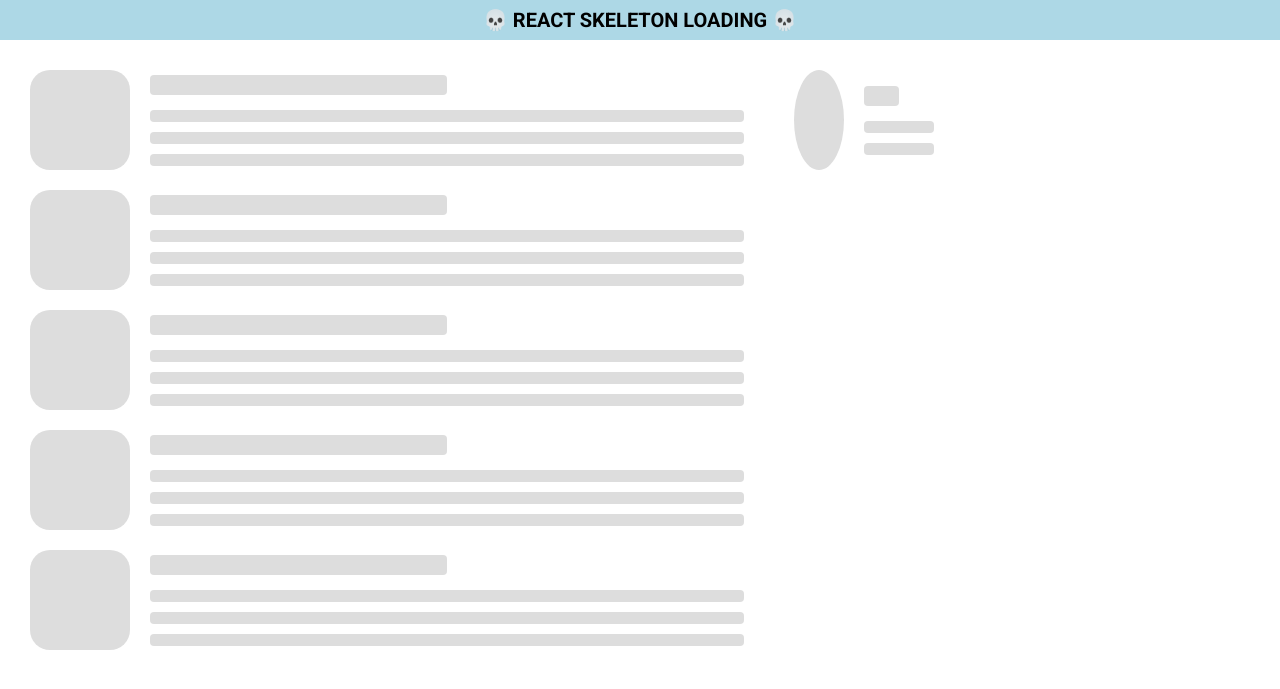
Repository: ethanJones21/React-Skeleton-Loading
Page: /
An editor plug-in stored every save of this project. The page is shown before and after the next save, followed by the edit.
The browser window is 1280 px wide. The pictures show the whole page.
The page's requests for data from a server got no answer. The project was rebuilt for these pictures with package versions that can differ from the ones it lists, and the page was loaded fresh each time. No one was signed in, and anything a server would have sent is missing. Also part of the build but not shown: src/components/Post.css, src/components/Post.js.

Above is the page before, as saved 2020-11-26 03:22:35.

After the next save:
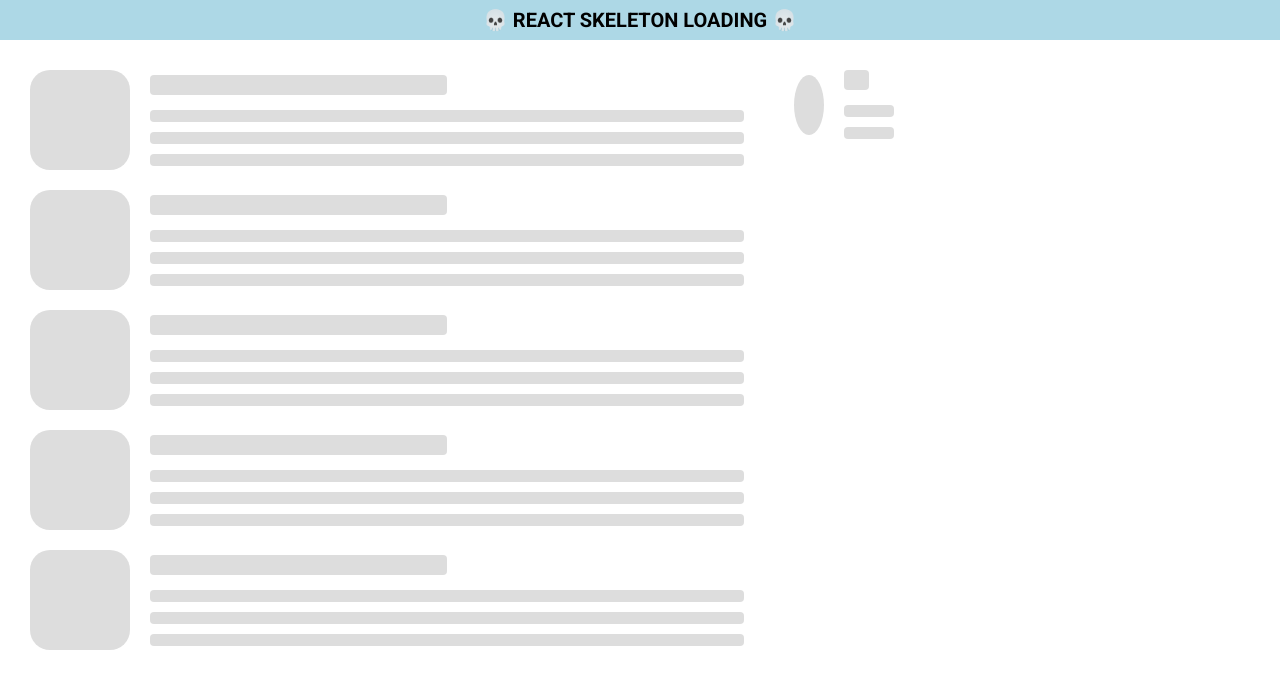
Saved 30 s later.
--- a/src/skeleton/Skeleton.css
+++ b/src/skeleton/Skeleton.css
@@ -23,7 +23,7 @@
 }
 
 .skeleton.userAvatar {
-  width: 100px;
-  height: 100px;
+  width: 60px;
+  height: 60px;
   border-radius: 50%;
 }
